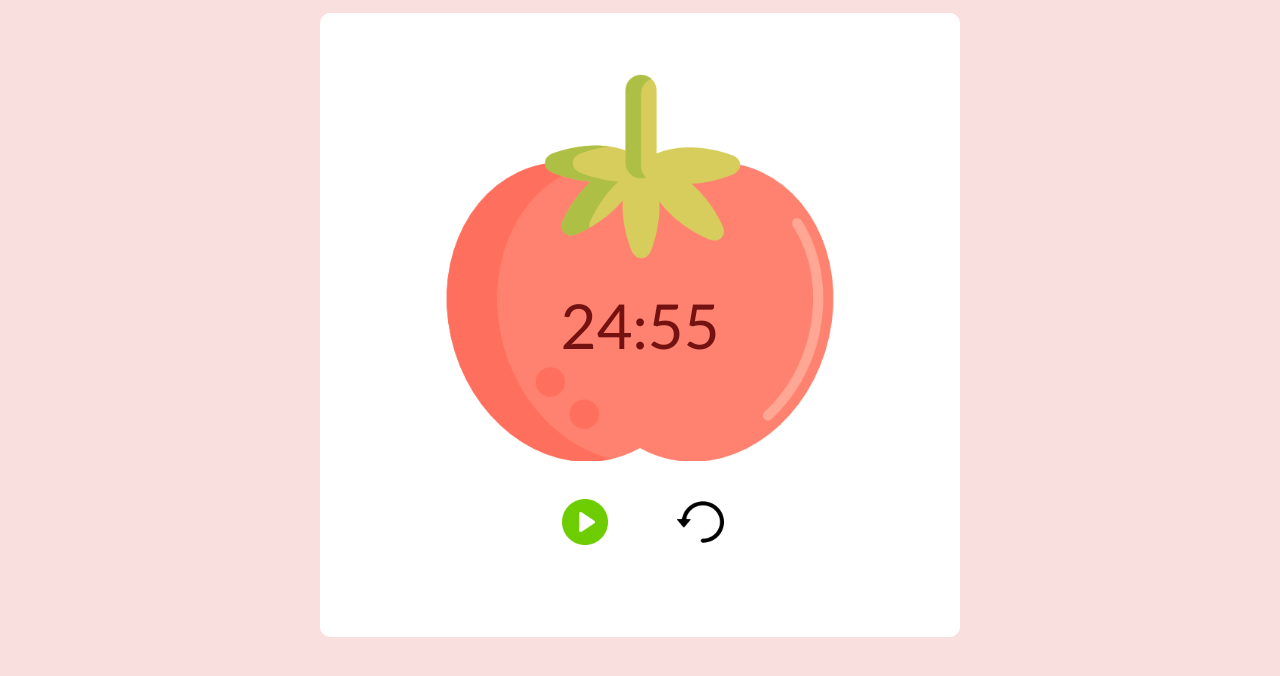
Repository: Dirlandia404/pomodoro
Page: /
An editor plug-in stored every save of this project. The page is shown before and after the next save, followed by the edit.
The browser window is 1280 px wide. The pictures show the whole page.
The project was rebuilt for these pictures with package versions that can differ from the ones it lists, and the page was loaded fresh each time.

Above is the page before, as saved 2021-11-26 10:20:36.

### public/index.html
<!DOCTYPE html>
<html lang="en">

<head>
  <meta charset="utf-8" />
  <link rel="icon" href="%PUBLIC_URL%/image 1.png" />
  <meta name="viewport" content="width=device-width, initial-scale=1" />
  <meta name="theme-color" content="#000000" />
  <meta name="description" content="Web site created using create-react-app" />
  <link rel="apple-touch-icon" href="%PUBLIC_URL%/logo192.png" />


  <link rel="preconnect" href="https://fonts.googleapis.com">
  <link rel="preconnect" href="https://fonts.gstatic.com" crossorigin>
  <link href="https://fonts.googleapis.com/css2?family=Lato&display=swap" rel="stylesheet">

  <link rel="manifest" href="%PUBLIC_URL%/manifest.json" />

  <title>Pomodoro Clock</title>
</head>

<body>
  <noscript>You need to enable JavaScript to run this app.</noscript>
  <div id="root"></div>

</body>

</html>

### src/index.jsx
import React from "react";
import ReactDOM from "react-dom";
import Clock from "./componentes/Primeiro";

function App() {
    return(
        <div className="App">
            <Clock />
        </div>
    );
}
ReactDOM.render(
    <App />,
    document.getElementById("root")
)

### src/componentes/Primeiro.jsx

import { useEffect, useState } from "react";
import "./componente.css";


function Clock(){
    const [minutes, setMinutes] = useState(25);
    const [seconds, setSeconds] = useState(0);
    const [pause, setPause] = useState(false);

    const formatMinutes =  minutes < 10 ? "0" + minutes : minutes;
    const formatSeconds =  seconds < 10 ? "0" + seconds : seconds;

   useEffect(() =>{
       let interval = setInterval(() => {
           clearInterval(interval);
           if(!pause){
               console.log("thhgh");
                if(seconds === 0){
                    if(minutes !== 0){
                        setSeconds(59);
                        setMinutes(minutes - 1);
                    } else{
                    let seconds = 59;
                        setSeconds(seconds);
                        setMinutes(minutes);
                    }
                }else{
                    setSeconds(seconds - 1)
                }
        }else{
            console.log("tatat");
        }
    }, 1000);
    }, [seconds]);

    return (
        <main>
            <form action="">
                <img src="/tomato.svg" alt="Tomate" />
                <p className="time">{formatMinutes}:{formatSeconds}</p>
                <div className="butoes">
                    <button className="play"  onClick={() =>{setPause(true)}}>
                        <img src="./botao-play.png" alt="" />
                    </button>

                    <button className="reset" >
                        <img src="./seta-circular.png" alt="" />
                    </button>
                </div>
            </form>
        </main>
    );
}

export default Clock

### src/componentes/componente.css
*{
    margin: 0;
    border: 0;
    padding: 0;
}
body{
    background-color: rgba(233, 93, 93, 0.192);

    display: flex;
    position: fixed;

    text-align: center;
    align-items: center;
    justify-content: center;
}
main {
    background-color: white;
    min-width: 375px;
    max-width: 50%;

    margin-left: 25vw;
    margin-right: 25vw;

    justify-content: center;

    padding: 2rem;
    border-radius: 10px;

    margin-top: 1%;
    margin-bottom: 1%;

}

form{
    display: flex;
    flex-direction: column;
    margin-top: 5%;
    margin-bottom: 5%;

}

img{
    width: 80%;
    margin-left: 10%;
}
p.time {

    margin-top: -40%;
    padding: 10%;
    font-size: 62px;
    font-family:  'Lato', sans-serif;
    color: rgb(116, 18, 18);
}
div.butoes{
    align-items: center;
}
button{
    background: none;
    margin-top: 50px;
    padding: 5%;
    width: 20%;
}

After the next save:
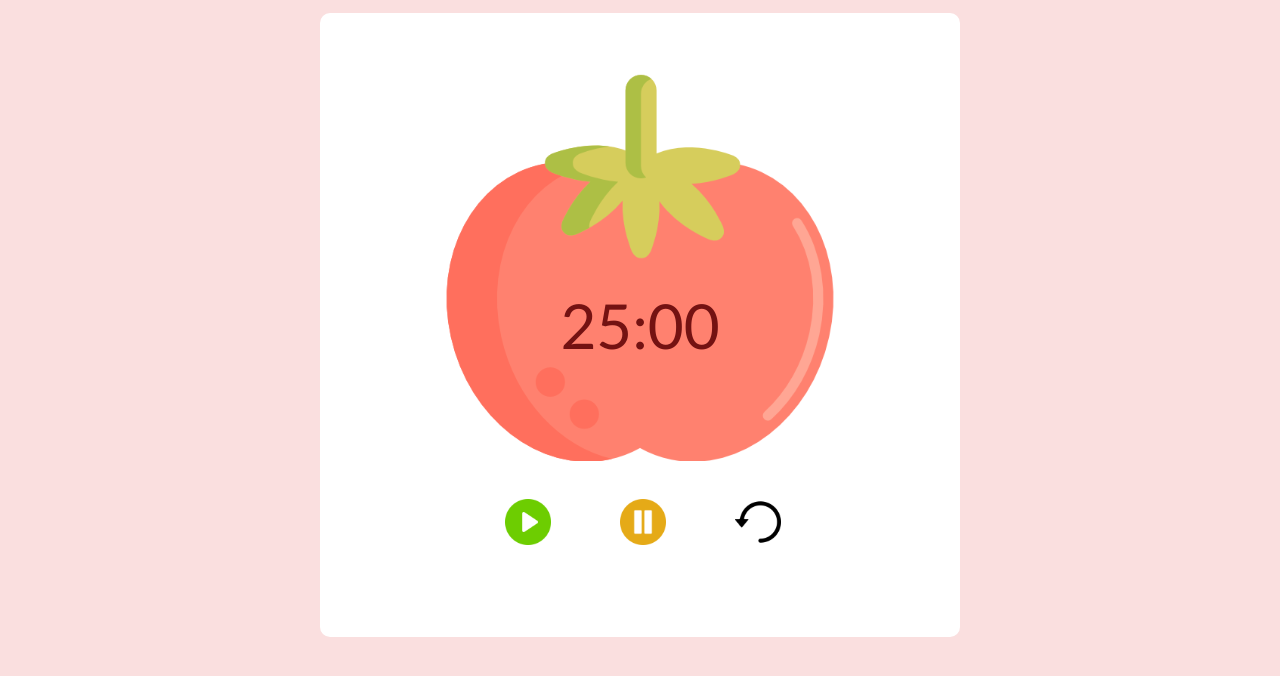
Saved 3 min 15 s later.
--- a/src/componentes/Primeiro.jsx
+++ b/src/componentes/Primeiro.jsx
@@ -6,7 +6,7 @@ import "./componente.css";
 function Clock(){
     const [minutes, setMinutes] = useState(25);
     const [seconds, setSeconds] = useState(0);
-    const [pause, setPause] = useState(false);
+    const [pause, setPause] = useState(true);
 
     const formatMinutes =  minutes < 10 ? "0" + minutes : minutes;
     const formatSeconds =  seconds < 10 ? "0" + seconds : seconds;
@@ -40,8 +40,11 @@ function Clock(){
                 <img src="/tomato.svg" alt="Tomate" />
                 <p className="time">{formatMinutes}:{formatSeconds}</p>
                 <div className="butoes">
-                    <button className="play"  onClick={() =>{setPause(true)}}>
+                    <button className="play"  onClick={() =>{setPause(false)}}>
                         <img src="./botao-play.png" alt="" />
+                    </button>
+                    <button className="pause"  onClick={() =>{setPause(true)}}>
+                        <img src="./pausa.png" alt="" />
                     </button>
 
                     <button className="reset" >
